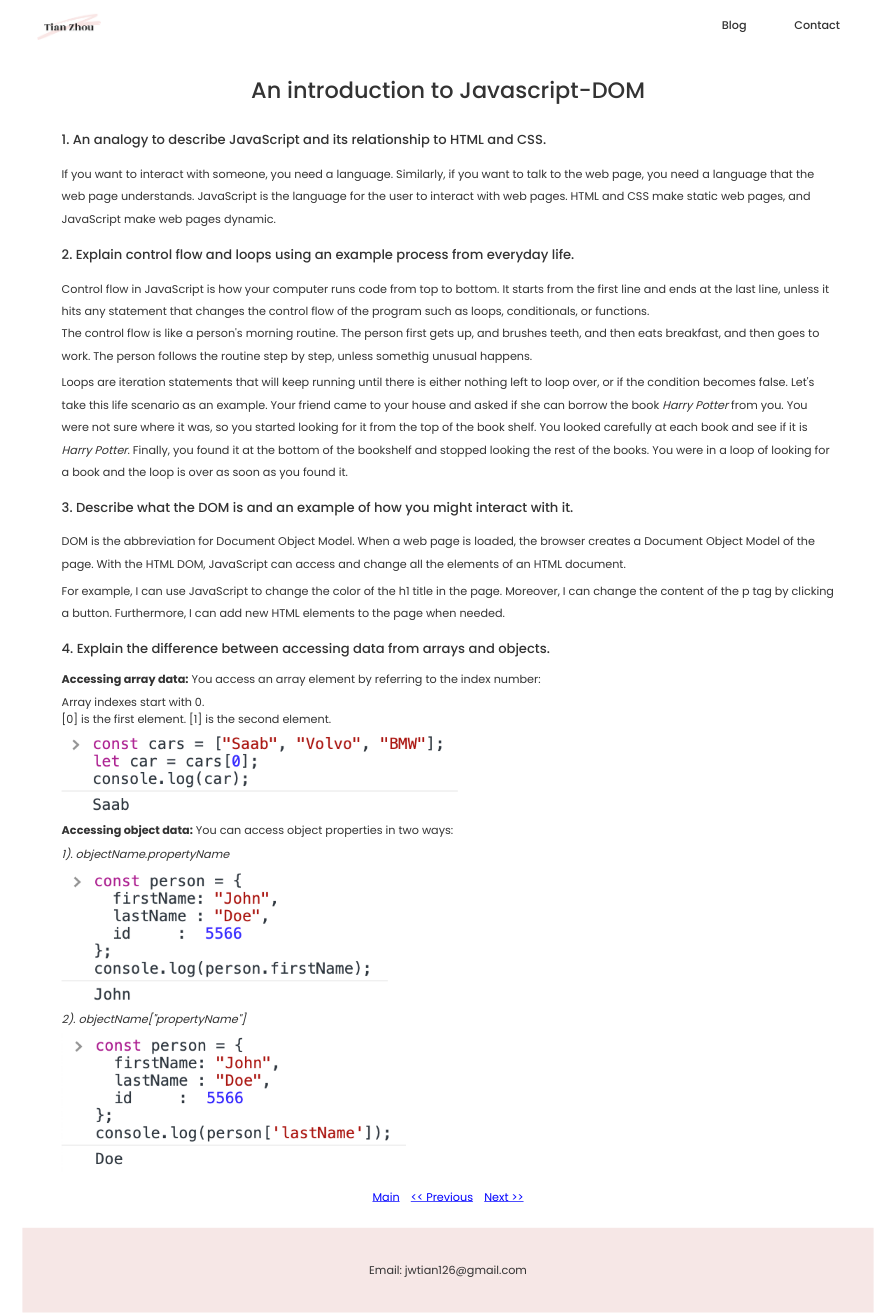
Repository: Tiaanz/Tiaanz.github.io
Page: blog/javascript-dom.html
The author's editor kept a copy of each file at every save. The page is drawn from the files as they stood at one save, then again after the next save.
The browser window is 1280 px wide. The pictures show the whole page, at 70% of full size.

Above is the page before, as saved 2023-01-25 16:52:30.

After the next save:
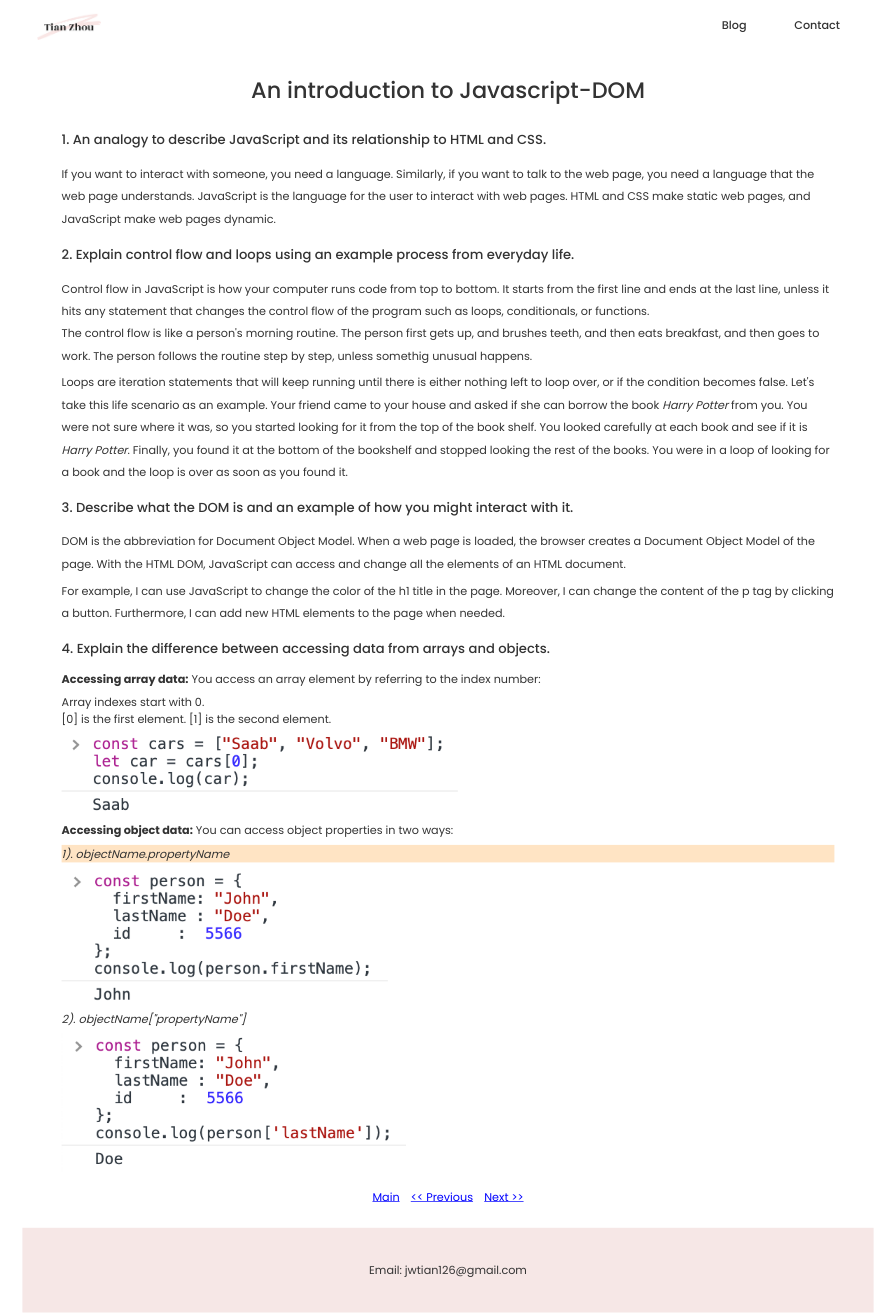
Saved 4 s later.
--- a/blog/javascript-dom.html
+++ b/blog/javascript-dom.html
@@ -63,7 +63,7 @@
                     [0] is the first element. [1] is the second element.</li>
                 <li><img src="../images/array.png" alt="array"></li>
                 <li><b>Accessing object data:</b> You can access object properties in two ways: </li>
-                <li style="background-color: ;"><i>1). objectName.propertyName</i></li>
+                <li style="background-color: bisque;"><i>1). objectName.propertyName</i></li>
                 <li><img src="../images/object1.png" alt="object"></li>
                 <li><i>2). objectName["propertyName"]</i></li>
                 <li><img src="../images/object2.png" alt="object"></li>
